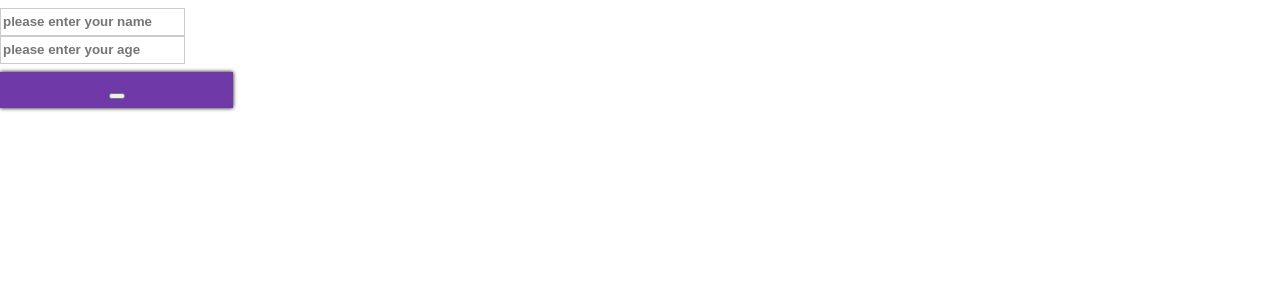
Repository: NamalPathirana/section-eight
Page: /
These files come from the project's save history. The page is drawn as it stood at one moment and after the next save; the edit follows.
The browser window is 1280 px wide. The pictures show the whole page.
The project was rebuilt for these pictures with package versions that can differ from the ones it lists, and the page was loaded fresh each time.

Above is the page before, as saved 2021-11-25 21:39:52.

After the next save:
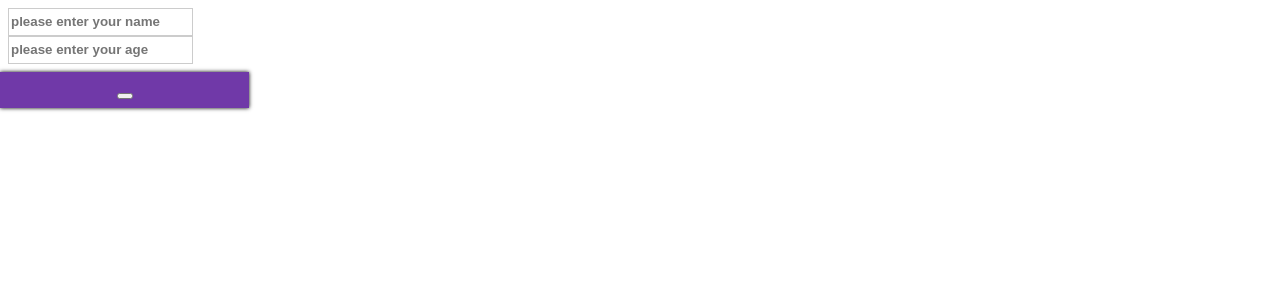
Saved 21 s later.
--- a/src/Components/UserInput/UserInput.module.css
+++ b/src/Components/UserInput/UserInput.module.css
@@ -1,5 +1,5 @@
 .frame{
-    margin: 0.5rem 0;
+    margin: 0.5rem 0.5rem;
     background-color: blanchedalmond;
 }
 
